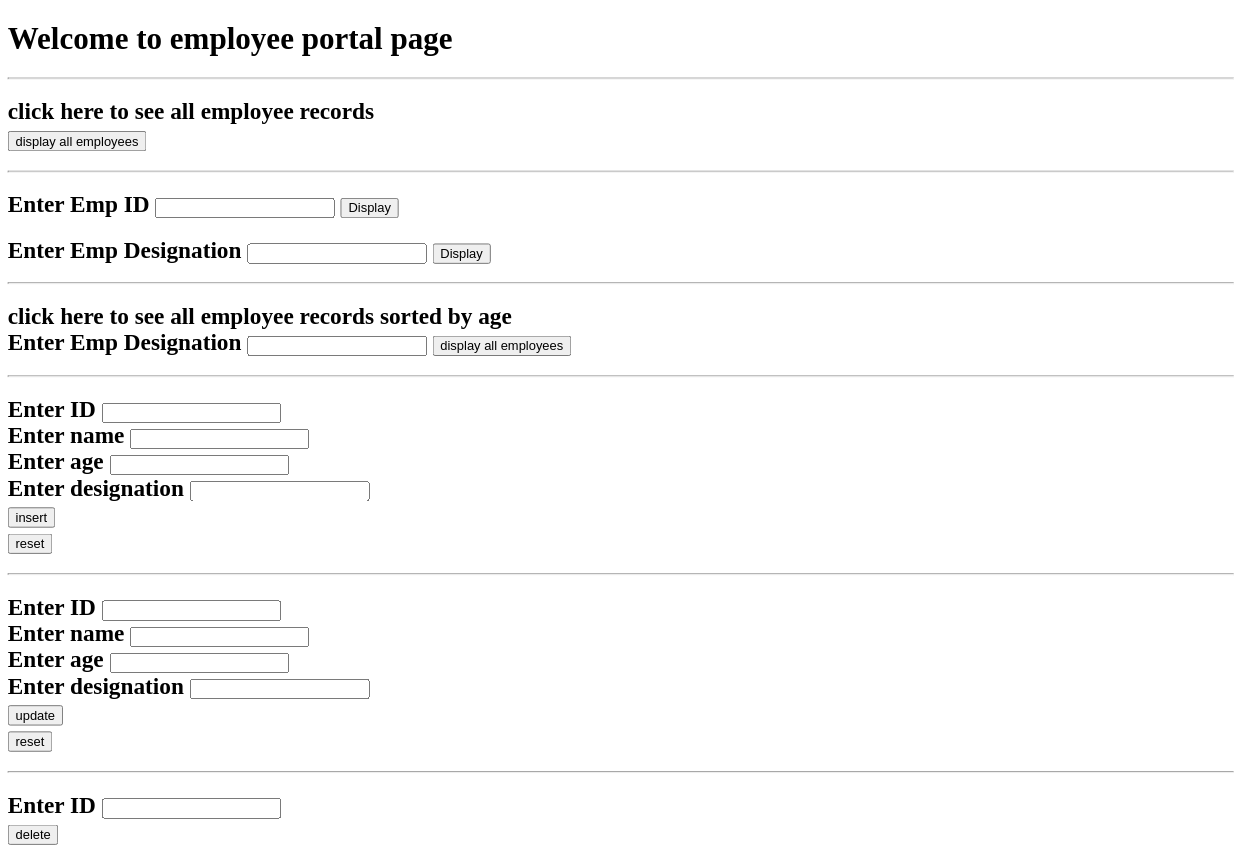
Repository: sushmasetti/Angular1
Page: http://localhost/dbDemo/welcome.jsp
An editor plug-in stored every save of this project. The page is shown before and after the next save, followed by the edit.
The browser window is 1280 px wide. The pictures show the whole page, at 97% of full size.
The page is served by Tomcat 9. Other server files are loaded and not shown.

Above is the page before, as saved 2019-08-17 19:33:09.

### Spring/dbDemo/src/main/webapp/welcome.jsp
<%@ page language="java" contentType="text/html; charset=ISO-8859-1"
    pageEncoding="ISO-8859-1"%>
<!DOCTYPE html>
<html>
<head>
<meta charset="ISO-8859-1">
<title>Insert title here</title>
</head>
<body>
<h1>Welcome to employee portal page</h1>
<hr>
<form action="displayAll" method="post">
<h2>
click here to see all employee records <br>
<input type="submit" name="submit" value="display all employees">
</h2>
</form>
<hr>
<form action="displayEmp" method="post">
<h2>
Enter Emp ID <input type="text" name="eid">
<input type="submit" name="submit" value="Display">
</h2>
</form>
<form action="displayByDesignation" method="post">
<h2>
Enter Emp Designation <input type="text" name="designation">
<input type="submit" name="submit" value="Display">
</h2>
</form>

<hr>
<form action="displayByAge" method="post">
<h2>
click here to see all employee records sorted by age <br>
Enter Emp Designation <input type="text" name="designation">
<input type="submit" name="submit" value="display all employees">
</h2>
</form>


<hr>
<form action="insertEmp" method="post">
<h2>
Enter ID <input type="text" name="eid"><br>
Enter name <input type="text" name="name"><br>
Enter age <input type="text" name="age"><br>
Enter designation <input type="text" name="designation"><br>
<input type="submit" name="submit" value="insert"><br>
<input type="reset" name="reset" value="reset">
</h2>
</form>


<hr>
<form action="updateEmp" method="post">
<h2>
Enter ID <input type="text" name="eid"><br>
Enter name <input type="text" name="name"><br>
Enter age <input type="text" name="age"><br>
Enter designation <input type="text" name="designation"><br>
<input type="submit" name="submit" value="update"><br>
<input type="reset" name="reset" value="reset">
</h2>
</form>

<hr>
<form action="deleteEmp" method="post">
<h2>
Enter ID <input type="text" name="eid"><br>
<input type="submit" name="submit" value="delete">
</h2>
</form>
</body>
</html>

After the next save:
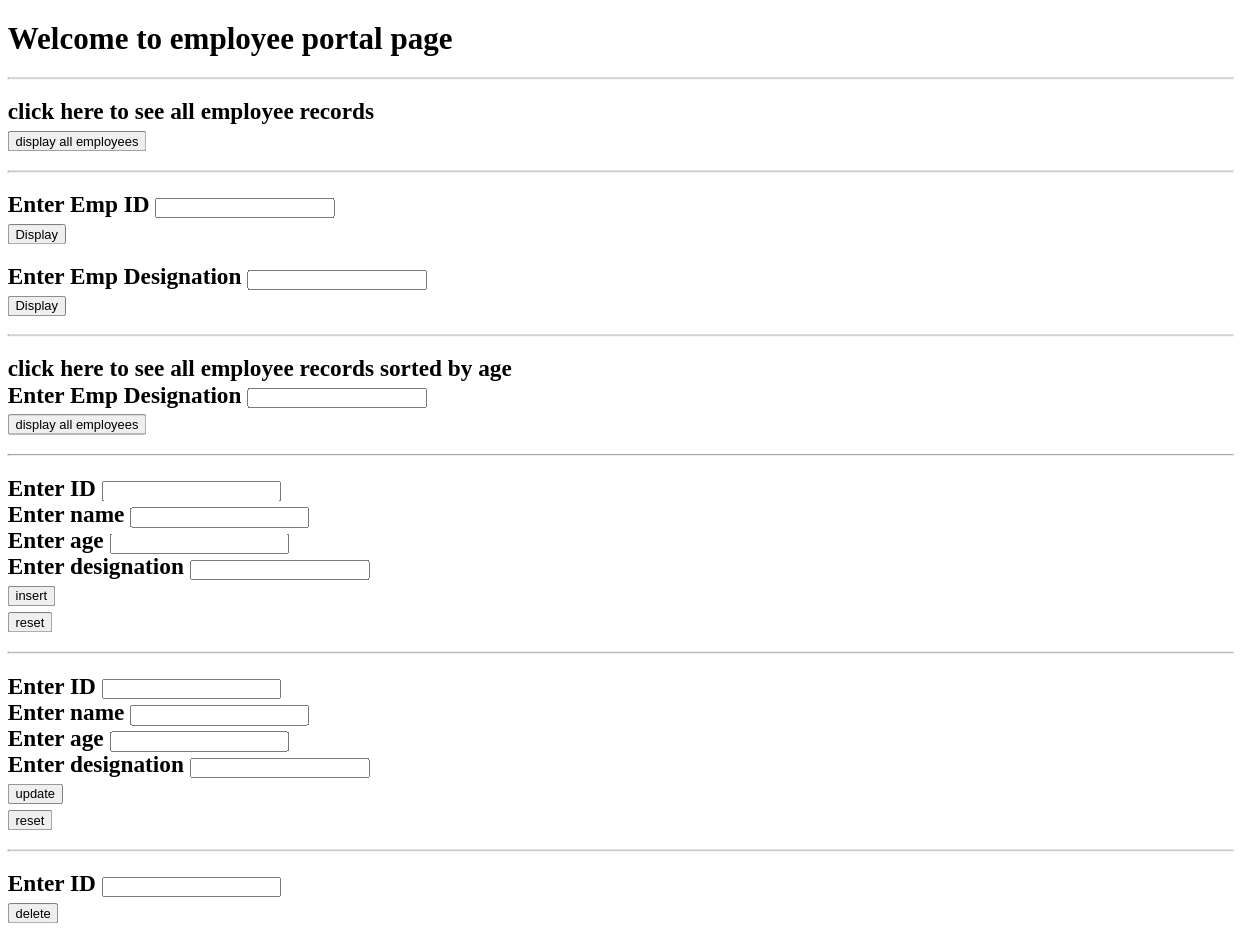
Saved 111 s later.
--- a/Spring/dbDemo/src/main/webapp/welcome.jsp
+++ b/Spring/dbDemo/src/main/webapp/welcome.jsp
@@ -18,13 +18,13 @@ click here to see all employee records <br>
 <hr>
 <form action="displayEmp" method="post">
 <h2>
-Enter Emp ID <input type="text" name="eid">
+Enter Emp ID <input type="text" name="eid"><br>
 <input type="submit" name="submit" value="Display">
 </h2>
 </form>
 <form action="displayByDesignation" method="post">
 <h2>
-Enter Emp Designation <input type="text" name="designation">
+Enter Emp Designation <input type="text" name="designation"><br>
 <input type="submit" name="submit" value="Display">
 </h2>
 </form>
@@ -33,7 +33,7 @@ Enter Emp Designation <input type="text" name="designation">
 <form action="displayByAge" method="post">
 <h2>
 click here to see all employee records sorted by age <br>
-Enter Emp Designation <input type="text" name="designation">
+Enter Emp Designation <input type="text" name="designation"><br>
 <input type="submit" name="submit" value="display all employees">
 </h2>
 </form>
